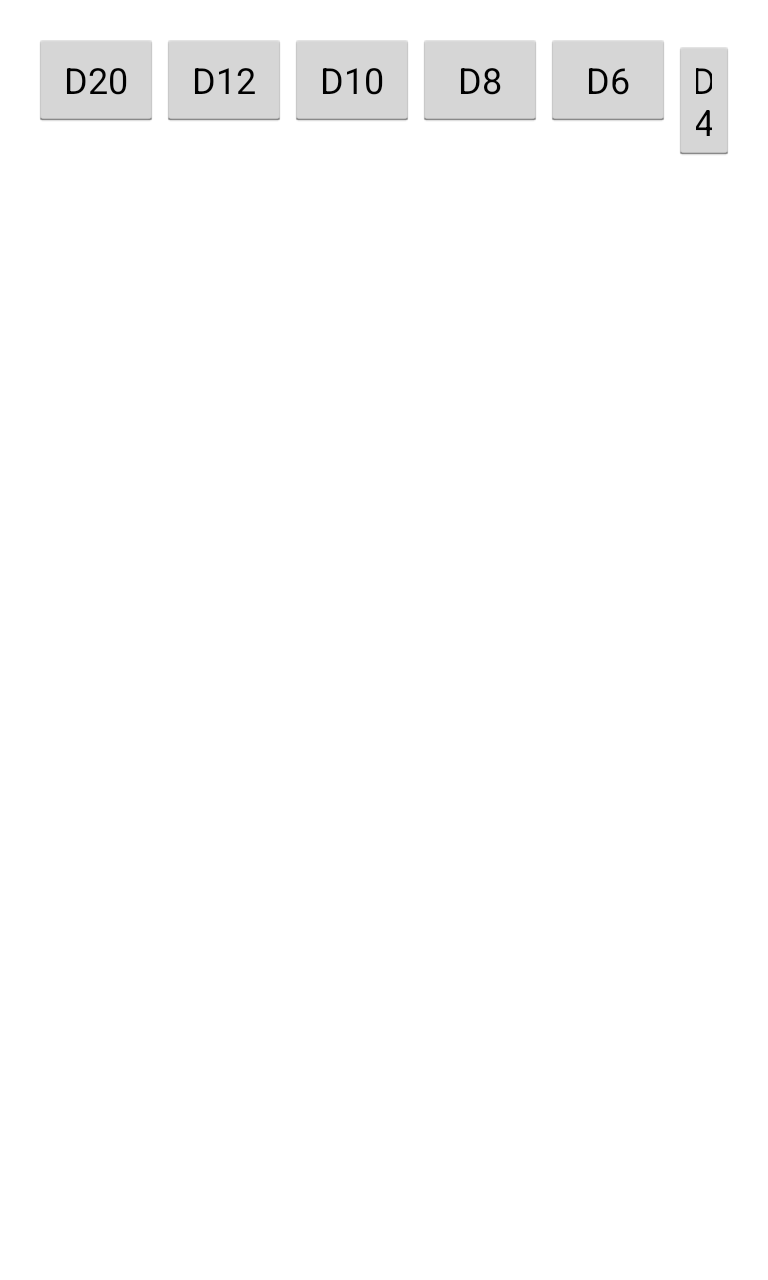
Repository: Bjodol/Roller
Layout: Roller/res/layout/activity_main.xml
The author's editor kept a copy of each file at every save. The layout is drawn from the files as they stood at one save, then again after the next save.
It is drawn on a 768 x 1280 px phone screen (xhdpi) without system bars, with theme AppTheme; the app's code is not run.

Above is the layout before, as saved 2013-08-29 08:21:02.

### Roller/res/layout/activity_main.xml
<LinearLayout xmlns:android="http://schemas.android.com/apk/res/android"
    xmlns:tools="http://schemas.android.com/tools"
    android:layout_width="match_parent"
    android:layout_height="match_parent"
    android:paddingBottom="@dimen/activity_vertical_margin"
    android:paddingLeft="@dimen/activity_horizontal_margin"
    android:paddingRight="@dimen/activity_horizontal_margin"
    android:paddingTop="@dimen/activity_vertical_margin"
    android:orientation="horizontal"
    tools:context=".MainActivity" >

    <Button
        android:layout_width="wrap_content"
        android:layout_height="wrap_content"
        android:text="@string/d20" />

    <Button
        android:layout_width="wrap_content"
        android:layout_height="wrap_content"
        android:text="@string/d12" />

    <Button
        android:layout_width="wrap_content"
        android:layout_height="wrap_content"
        android:text="@string/d10" />

    <Button
        android:layout_width="wrap_content"
        android:layout_height="wrap_content"
        android:text="@string/d8" />

    <Button
        android:layout_width="wrap_content"
        android:layout_height="wrap_content"
        android:text="@string/d6" />

    <Button
        android:layout_width="wrap_content"
        android:layout_height="wrap_content"
        android:text="@string/d4" />


</LinearLayout>

### Roller/res/values/strings.xml
<?xml version="1.0" encoding="utf-8"?>
<resources>

    <string name="app_name">Roller</string>
    <string name="action_settings">Settings</string>
    <string name="d20">D20</string>
    <string name="d12">D12</string>
    <string name="d10">D10</string>
    <string name="d8">D8</string>
    <string name="d6">D6</string>
    <string name="d4">D4</string>

</resources>

Loaded but not shown: Roller/res/values/styles.xml (common file); Roller/res/values-v11/styles.xml (common file); Roller/res/values-v14/styles.xml (common file); Roller/res/values/dimens.xml (common file)

After the next save:
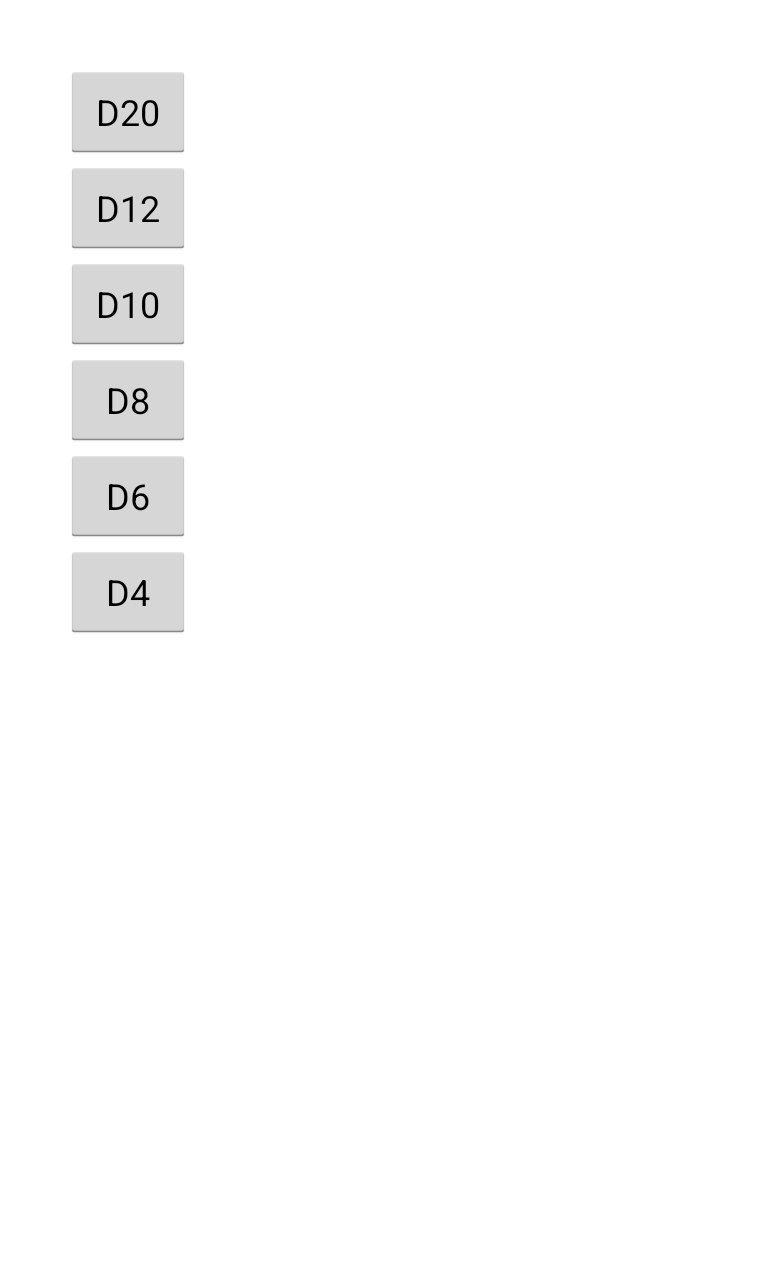
Saved 74 s later.
--- a/Roller/res/layout/activity_main.xml
+++ b/Roller/res/layout/activity_main.xml
@@ -9,35 +9,47 @@
     android:orientation="horizontal"
     tools:context=".MainActivity" >
 
-    <Button
-        android:layout_width="wrap_content"
-        android:layout_height="wrap_content"
-        android:text="@string/d20" />
+    <LinearLayout xmlns:android="http://schemas.android.com/apk/res/android"
+	    xmlns:tools="http://schemas.android.com/tools"
+	    android:layout_width="match_parent"
+	    android:layout_height="match_parent"
+	    android:paddingBottom="@dimen/activity_vertical_margin"
+	    android:paddingLeft="@dimen/activity_horizontal_margin"
+	    android:paddingRight="@dimen/activity_horizontal_margin"
+	    android:paddingTop="@dimen/activity_vertical_margin"
+	    android:orientation="vertical"
+	    tools:context=".MainActivity" >
 
-    <Button
-        android:layout_width="wrap_content"
-        android:layout_height="wrap_content"
-        android:text="@string/d12" />
+	    <Button
+	        android:layout_width="wrap_content"
+	        android:layout_height="wrap_content"
+	        android:text="@string/d20" />
 
-    <Button
-        android:layout_width="wrap_content"
-        android:layout_height="wrap_content"
-        android:text="@string/d10" />
+	    <Button
+	        android:layout_width="wrap_content"
+	        android:layout_height="wrap_content"
+	        android:text="@string/d12" />
 
-    <Button
-        android:layout_width="wrap_content"
-        android:layout_height="wrap_content"
-        android:text="@string/d8" />
+	    <Button
+	        android:layout_width="wrap_content"
+	        android:layout_height="wrap_content"
+	        android:text="@string/d10" />
 
-    <Button
-        android:layout_width="wrap_content"
-        android:layout_height="wrap_content"
-        android:text="@string/d6" />
+	    <Button
+	        android:layout_width="wrap_content"
+	        android:layout_height="wrap_content"
+	        android:text="@string/d8" />
 
-    <Button
-        android:layout_width="wrap_content"
-        android:layout_height="wrap_content"
-        android:text="@string/d4" />
+	    <Button
+	        android:layout_width="wrap_content"
+	        android:layout_height="wrap_content"
+	        android:text="@string/d6" />
+
+	    <Button
+	        android:layout_width="wrap_content"
+	        android:layout_height="wrap_content"
+	        android:text="@string/d4" />
+	    </LinearLayout>
 
 
 </LinearLayout>

After the 4 saves that followed:
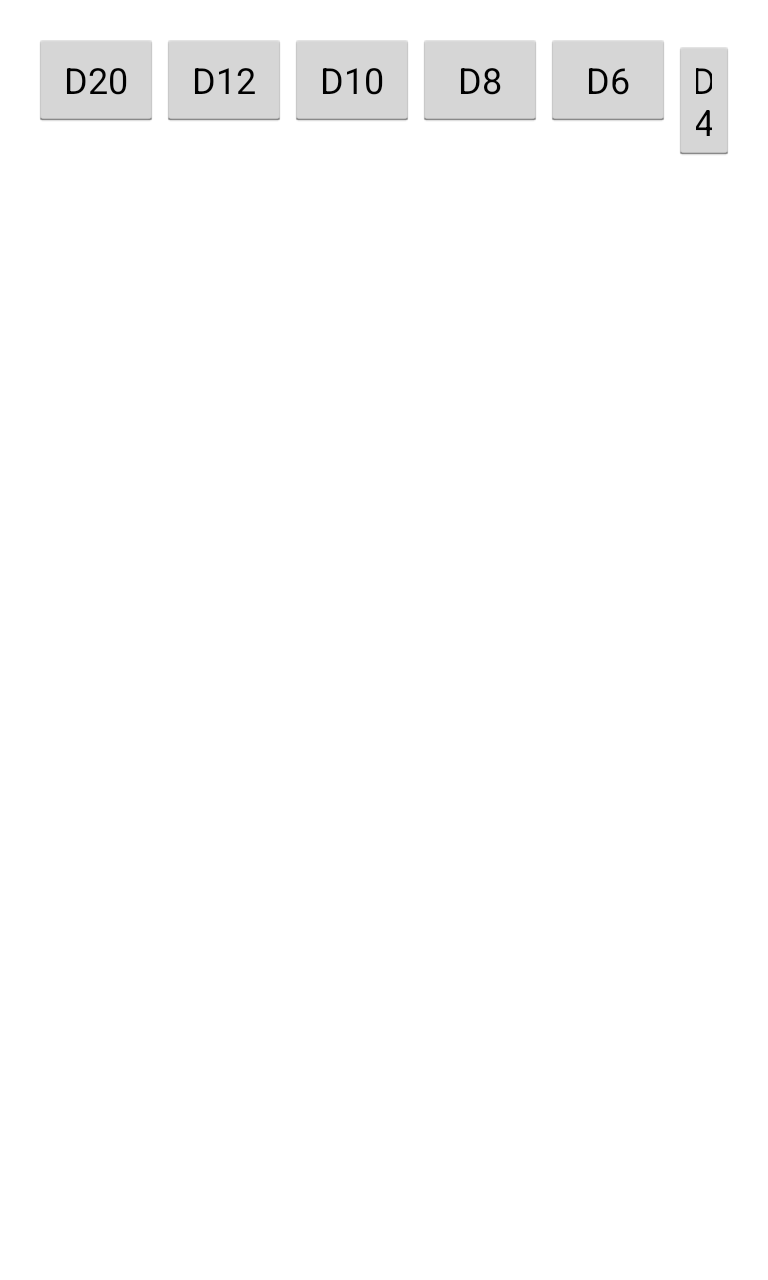
The 4 saves are shown as one change because 1 did not build or start and 2 left the picture as it was.
The last was saved 3 min 52 s later.
--- a/Roller/res/layout/activity_main.xml
+++ b/Roller/res/layout/activity_main.xml
@@ -8,17 +8,6 @@
     android:paddingTop="@dimen/activity_vertical_margin"
     android:orientation="horizontal"
     tools:context=".MainActivity" >
-
-    <LinearLayout xmlns:android="http://schemas.android.com/apk/res/android"
-	    xmlns:tools="http://schemas.android.com/tools"
-	    android:layout_width="match_parent"
-	    android:layout_height="match_parent"
-	    android:paddingBottom="@dimen/activity_vertical_margin"
-	    android:paddingLeft="@dimen/activity_horizontal_margin"
-	    android:paddingRight="@dimen/activity_horizontal_margin"
-	    android:paddingTop="@dimen/activity_vertical_margin"
-	    android:orientation="vertical"
-	    tools:context=".MainActivity" >
 
 	    <Button
 	        android:layout_width="wrap_content"
@@ -49,7 +38,11 @@
 	        android:layout_width="wrap_content"
 	        android:layout_height="wrap_content"
 	        android:text="@string/d4" />
-	    </LinearLayout>
+
+    <Button
+        android:layout_width="wrap_content"
+        android:layout_height="wrap_content"
+        android:text="@string/roll"/>
 
 
 </LinearLayout>
--- a/Roller/res/values/strings.xml
+++ b/Roller/res/values/strings.xml
@@ -9,5 +9,6 @@
     <string name="d8">D8</string>
     <string name="d6">D6</string>
     <string name="d4">D4</string>
+    <string name="roll">ROLL</string>
 
 </resources>
